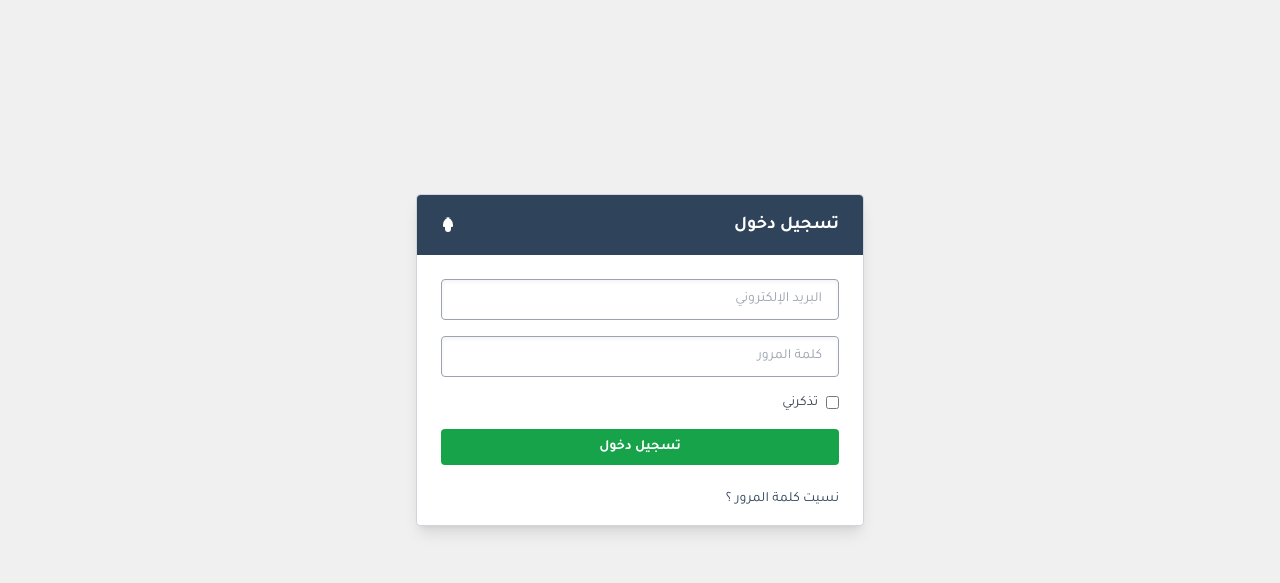
Repository: aseel99/sunduqi
Page: / (app in sunduqi-frontend/)
An editor plug-in stored every save of this project. The page is shown before and after the next save, followed by the edit.
The browser window is 1280 px wide. The pictures show the whole page.
The project was rebuilt for these pictures with package versions that can differ from the ones it lists, and the page was loaded fresh each time. Also part of the build but not shown: sunduqi-frontend/vite.config.js, sunduqi-frontend/src/pages/NotFound.jsx, sunduqi-frontend/src/pages/Dashboard.jsx, sunduqi-frontend/src/pages/Opening.jsx, sunduqi-frontend/src/pages/ChooseVoucher.jsx, sunduqi-frontend/src/pages/Receipt.jsx, sunduqi-frontend/src/pages/Disbursement.jsx, sunduqi-frontend/src/pages/VoucherDetails.jsx and 12 more.

Above is the page before, as saved 2025-06-16 01:01:46.

After the next save:
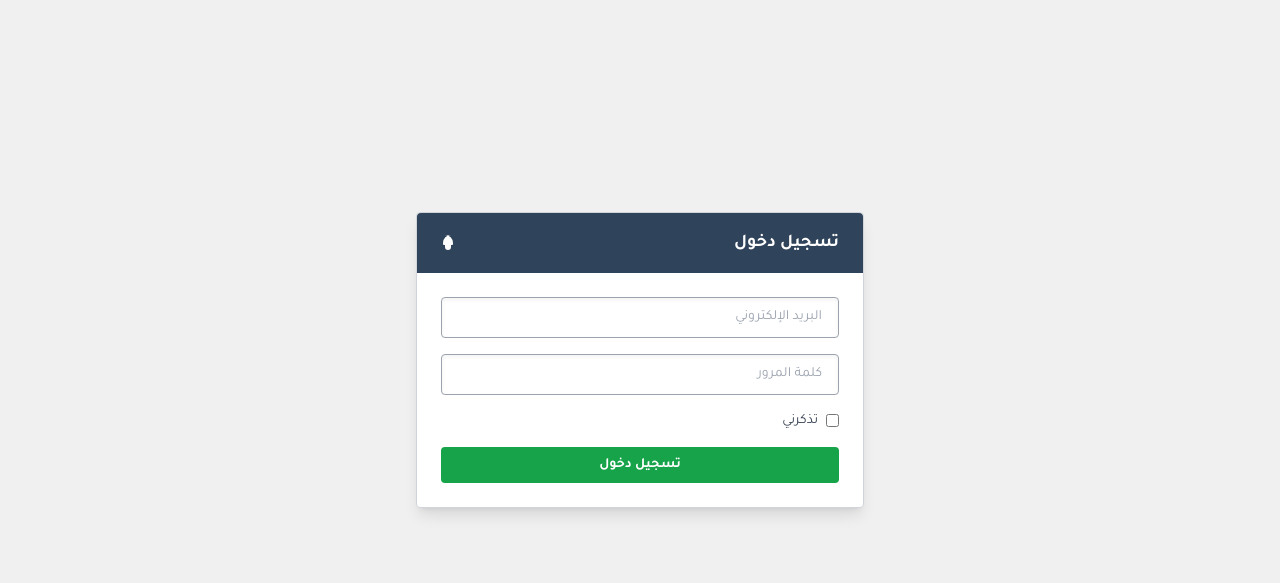
Saved 69 s later.
--- a/sunduqi-frontend/src/pages/Login.jsx
+++ b/sunduqi-frontend/src/pages/Login.jsx
@@ -84,11 +84,6 @@ export default function Login() {
             تسجيل دخول
           </button>
         </div>
-
-        {/* Forgot Password */}
-        <div className="px-6 pb-4 text-sm text-right">
-          <a href="#" className="text-[#2f435a] hover:underline">نسيت كلمة المرور ؟</a>
-        </div>
       </form>
     </div>
   );
